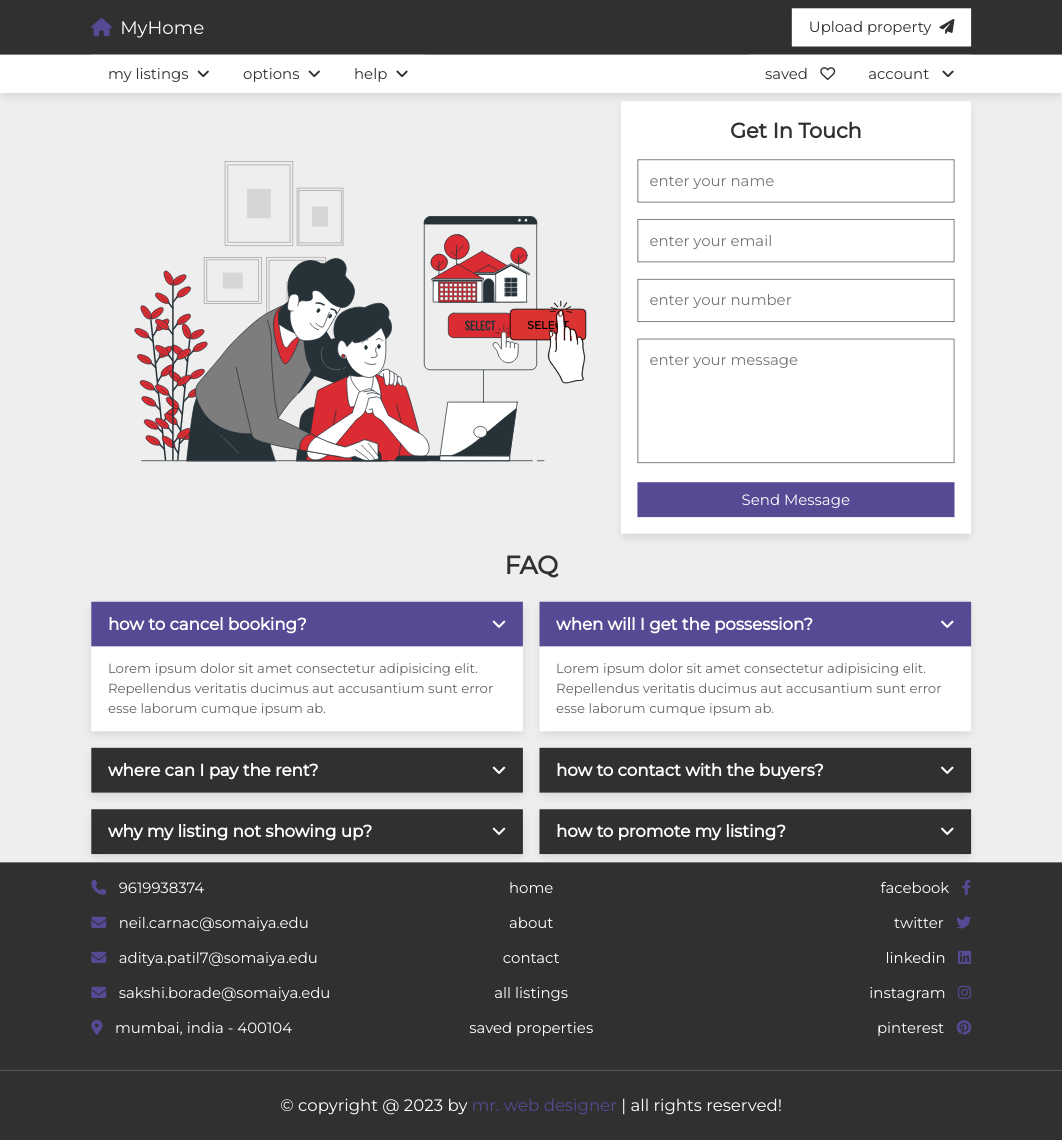
Repository: neilcarnac/wpl-project-realestatewebsite
Page: http://localhost/project/contact.php
An editor plug-in stored every save of this project. The page is shown before and after a run of saves, followed by the edit.
The browser window is 1280 px wide. The pictures show the whole page, at 83% of full size.
The pointer rests on the first visible `.finger`.
The page is run by PHP 8.4 with error messages shown; the project is at /var/www/html/.

Above is the page before, as saved 2023-04-29 17:09:58.

### project/contact.php
<?php

include 'components/connect.php';

if(isset($_COOKIE['user_id'])){
   $user_id = $_COOKIE['user_id'];
}else{
   $user_id = '';
}

if(isset($_POST['send'])){

   $msg_id = create_unique_id();
   $name = $_POST['name'];
   $name = filter_var($name, FILTER_SANITIZE_STRING);
   $email = $_POST['email'];
   $email = filter_var($email, FILTER_SANITIZE_STRING);
   $number = $_POST['number'];
   $number = filter_var($number, FILTER_SANITIZE_STRING);
   $message = $_POST['message'];
   $message = filter_var($message, FILTER_SANITIZE_STRING);

   $verify_contact = $conn->prepare("SELECT * FROM `messages` WHERE name = ? AND email = ? AND number = ? AND message = ?");
   $verify_contact->execute([$name, $email, $number, $message]);

   if($verify_contact->rowCount() > 0){
      $warning_msg[] = 'message sent already!';
   }else{
      $send_message = $conn->prepare("INSERT INTO `messages`(id, name, email, number, message) VALUES(?,?,?,?,?)");
      $send_message->execute([$msg_id, $name, $email, $number, $message]);
      $success_msg[] = 'message send successfully!';
   }

}

?>

<!DOCTYPE html>
<html lang="en">
<head>
   <meta charset="UTF-8">
   <meta http-equiv="X-UA-Compatible" content="IE=edge">
   <meta name="viewport" content="width=device-width, initial-scale=1.0">
   <title>Contact Us</title>

   <!-- font awesome cdn link  -->
   <link rel="stylesheet" href="https://cdnjs.cloudflare.com/ajax/libs/font-awesome/6.2.0/css/all.min.css">

   <!-- custom css file link  -->
   <link rel="stylesheet" href="css/style.css">

</head>
<body>

<?php include 'components/user_header.php'; ?>

<div>
<!-- contact section starts  -->
<style>
		button {
			background-color: #da3332;
			color: black;
			padding: 10px 20px;
			border: none;
			border-radius: 5px;
			font-size: 1.3rem;
         /* margin-top: 500px; */
         margin-left: 660px;
         font-weight: bold;
         border: 1.5px solid black;
         position: absolute;
         margin-top: 260px;
         /* font-family: Montserrat; Change the font */
         transition: background-color 0.3s, color 0.3s;
         transform: translateX(-50%); /* Adjust for half of the button's width */


		}
      button:hover{
         cursor: pointer;
         background-color: black;
			color: #da3332;
      }
      .selele{

         position: absolute; /* Add relative positioning to the container */
			height: 1000px;
      }
      .finger{
         position: absolute; /* Add relative positioning to the container */
         height:100px ;
         width:45px ;
         margin-top: 250px;
         margin-left: 660px;
         z-index: 2;
      }
      .finger:hover{
         background-color:
      }
	</style>
   <div class="selele">
      <img src="images/fingerwhite.png" class="finger" alt="">
      <button><b>SELECT</b></button>
   </div>
<section class="contact">
   <div class="row">
      <div class="image">
         <img src="images/contact-img.svg" alt="">
      </div>
      <form action="" method="post">
         <h3>get in touch</h3>
         <input type="text" name="name" required maxlength="50" placeholder="enter your name" class="box">
         <input type="email" name="email" required maxlength="50" placeholder="enter your email" class="box">
         <input type="number" name="number" required maxlength="10" max="9999999999" min="0" placeholder="enter your number" class="box">
         <textarea name="message" placeholder="enter your message" required maxlength="1000" cols="30" rows="10" class="box"></textarea>
         <input type="submit" value="send message" name="send" class="btn">
      </form>
   </div>

</section>

<!-- contact section ends -->

<!-- faq section starts  -->

<section class="faq" id="faq">

   <h1 class="heading">FAQ</h1>

   <div class="box-container">

      <div class="box active">
         <h3><span>how to cancel booking?</span><i class="fas fa-angle-down"></i></h3>
         <p>Lorem ipsum dolor sit amet consectetur adipisicing elit. Repellendus veritatis ducimus aut accusantium sunt error esse laborum cumque ipsum ab.</p>
      </div>

      <div class="box active">
         <h3><span>when will I get the possession?</span><i class="fas fa-angle-down"></i></h3>
         <p>Lorem ipsum dolor sit amet consectetur adipisicing elit. Repellendus veritatis ducimus aut accusantium sunt error esse laborum cumque ipsum ab.</p>
      </div>

      <div class="box">
         <h3><span>where can I pay the rent?</span><i class="fas fa-angle-down"></i></h3>
         <p>Lorem ipsum dolor sit amet consectetur adipisicing elit. Repellendus veritatis ducimus aut accusantium sunt error esse laborum cumque ipsum ab.</p>
      </div>

      <div class="box">
         <h3><span>how to contact with the buyers?</span><i class="fas fa-angle-down"></i></h3>
         <p>Lorem ipsum dolor sit amet consectetur adipisicing elit. Repellendus veritatis ducimus aut accusantium sunt error esse laborum cumque ipsum ab.</p>
      </div>

      <div class="box">
         <h3><span>why my listing not showing up?</span><i class="fas fa-angle-down"></i></h3>
         <p>Lorem ipsum dolor sit amet consectetur adipisicing elit. Repellendus veritatis ducimus aut accusantium sunt error esse laborum cumque ipsum ab.</p>
      </div>

      <div class="box">
         <h3><span>how to promote my listing?</span><i class="fas fa-angle-down"></i></h3>
         <p>Lorem ipsum dolor sit amet consectetur adipisicing elit. Repellendus veritatis ducimus aut accusantium sunt error esse laborum cumque ipsum ab.</p>
      </div>

   </div>

</section>

<!-- faq section ends -->










<script src="https://cdnjs.cloudflare.com/ajax/libs/sweetalert/2.1.2/sweetalert.min.js"></script>

<?php include 'components/footer.php'; ?>

<!-- custom js file link  -->
<script src="js/script.js"></script>

<?php include 'components/message.php'; ?>
</div>
</body>
</html>

### project/components/connect.php
<?php

   $db_name = 'mysql:host=localhost;dbname=home_db';
   $db_user_name = 'root';
   $db_user_pass = '';

   $conn = new PDO($db_name, $db_user_name, $db_user_pass);

   function create_unique_id(){
      $characters = '0123456789abcdefghijklmnopqrstuvwxyzABCDEFGHIJKLMNOPQRSTUVWXYZ';
      $charactersLength = strlen($characters);
      $randomString = '';
      for ($i = 0; $i < 20; $i++) {
          $randomString .= $characters[mt_rand(0, $charactersLength - 1)];
      }
      return $randomString;
  }

?>

### project/components/user_header.php
<!-- header section starts  -->

<header class="header">

   <nav class="navbar nav-1">
      <section class="flex">
         <a href="home.php" class="logo"><i class="fas fa-house"></i>MyHome</a>

         <ul>
            <li class="upload"><a href="post_property.php">Upload property<i class="fas fa-paper-plane"></i></a></li>
         </ul>
      </section>
   </nav>

   <nav class="navbar nav-2">
      <section class="flex">
         <div id="menu-btn" class="fas fa-bars"></div>

         <div class="menu">
            <ul>
               <li><a href="#">my listings<i class="fas fa-angle-down"></i></a>
                  <ul>
                     <li><a href="dashboard.php">dashboard</a></li>
                     <li><a href="post_property.php">post property</a></li>
                     <li><a href="my_listings.php">my listings</a></li>
                  </ul>
               </li>
               <li><a href="#">options<i class="fas fa-angle-down"></i></a>
                  <ul>
                     <li><a href="search.php">filter search</a></li>
                     <li><a href="listings.php">all listings</a></li>
                  </ul>
               </li>
               <li><a href="#">help<i class="fas fa-angle-down"></i></a>
                  <ul>
                     <li><a href="about.php">about us</a></i></li>
                     <li><a href="contact.php">contact us</a></i></li>
                     <li><a href="contact.php#faq">FAQ</a></i></li>
                  </ul>
               </li>
            </ul>
         </div>

         <ul>
            <li><a href="saved.php">saved <i class="far fa-heart"></i></a></li>
            <li><a href="#">account <i class="fas fa-angle-down"></i></a>
               <ul>
                  <li><a href="login.php">login now</a></li>
                  <li><a href="register.php">register new</a></li>
                  <?php if($user_id != ''){ ?>
                  <li><a href="update.php">update profile</a></li>
                  <li><a href="components/user_logout.php" onclick="return confirm('logout from this website?');">logout</a>
                  <?php } ?></li>
               </ul>
            </li>
         </ul>
      </section>
   </nav>

</header>

<!-- header section ends -->

### project/components/footer.php
<!-- footer section starts  -->

<footer class="footer">

   <section class="flex">

      <div class="box">
         <a href="tel:9619938374"><i class="fas fa-phone"></i><span>9619938374</span></a>
         <a href="mailto:neil.carnac@somaiya.edu"><i class="fas fa-envelope"></i><span>neil.carnac@somaiya.edu</span></a>
         <a href="mailto:aditya.patil7@somaiya.edu"><i class="fas fa-envelope"></i><span>aditya.patil7@somaiya.edu</span></a>
         <a href="mailto:sakshi.borade@somaiya.edu"><i class="fas fa-envelope"></i><span>sakshi.borade@somaiya.edu</span></a>
         <a href="#"><i class="fas fa-map-marker-alt"></i><span>mumbai, india - 400104</span></a>
      </div>

      <div class="box">
         <a href="home.php"><span>home</span></a>
         <a href="about.php"><span>about</span></a>
         <a href="contact.php"><span>contact</span></a>
         <a href="listings.php"><span>all listings</span></a>
         <a href="saved.php"><span>saved properties</span></a>
      </div>

      <div class="box">
         <a href="#"><span>facebook</span><i class="fab fa-facebook-f"></i></a>
         <a href="#"><span>twitter</span><i class="fab fa-twitter"></i></a>
         <a href="#"><span>linkedin</span><i class="fab fa-linkedin"></i></a>
         <a href="#"><span>instagram</span><i class="fab fa-instagram"></i></a>
         <a href="#"><span>pinterest</span><i class="fab fa-pinterest"></i></a>

      </div>

   </section>

   <div class="credit">&copy; copyright @ <?= date('Y'); ?> by <span>mr. web designer</span> | all rights reserved!</div>

</footer>

<!-- footer section ends -->

Loaded but not shown: project/components/message.php (common file); project/images/contact-img.svg (1 lines, source omitted); project/js/script.js (21 lines, source omitted); project/css/style.css (1372 lines, source omitted)

After the next 3 saves:
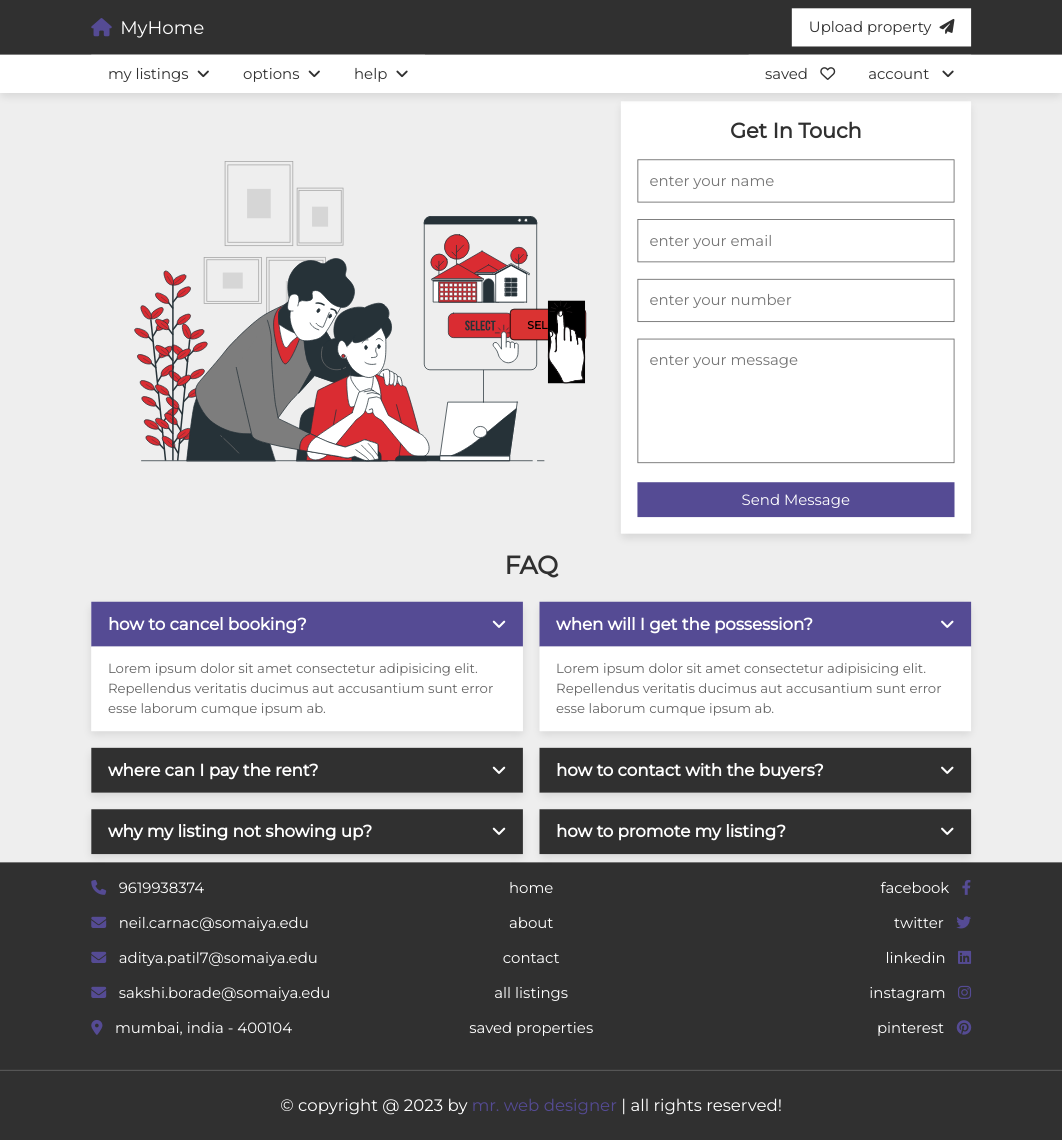
The 3 saves are shown as one change because they came seconds apart.
The last was saved 6 s later.
--- a/project/contact.php
+++ b/project/contact.php
@@ -95,7 +95,7 @@
          z-index: 2;
       }
       .finger:hover{
-         background-color:
+         background-color: black;
       }
 	</style>
    <div class="selele">

After the 4 saves that followed:
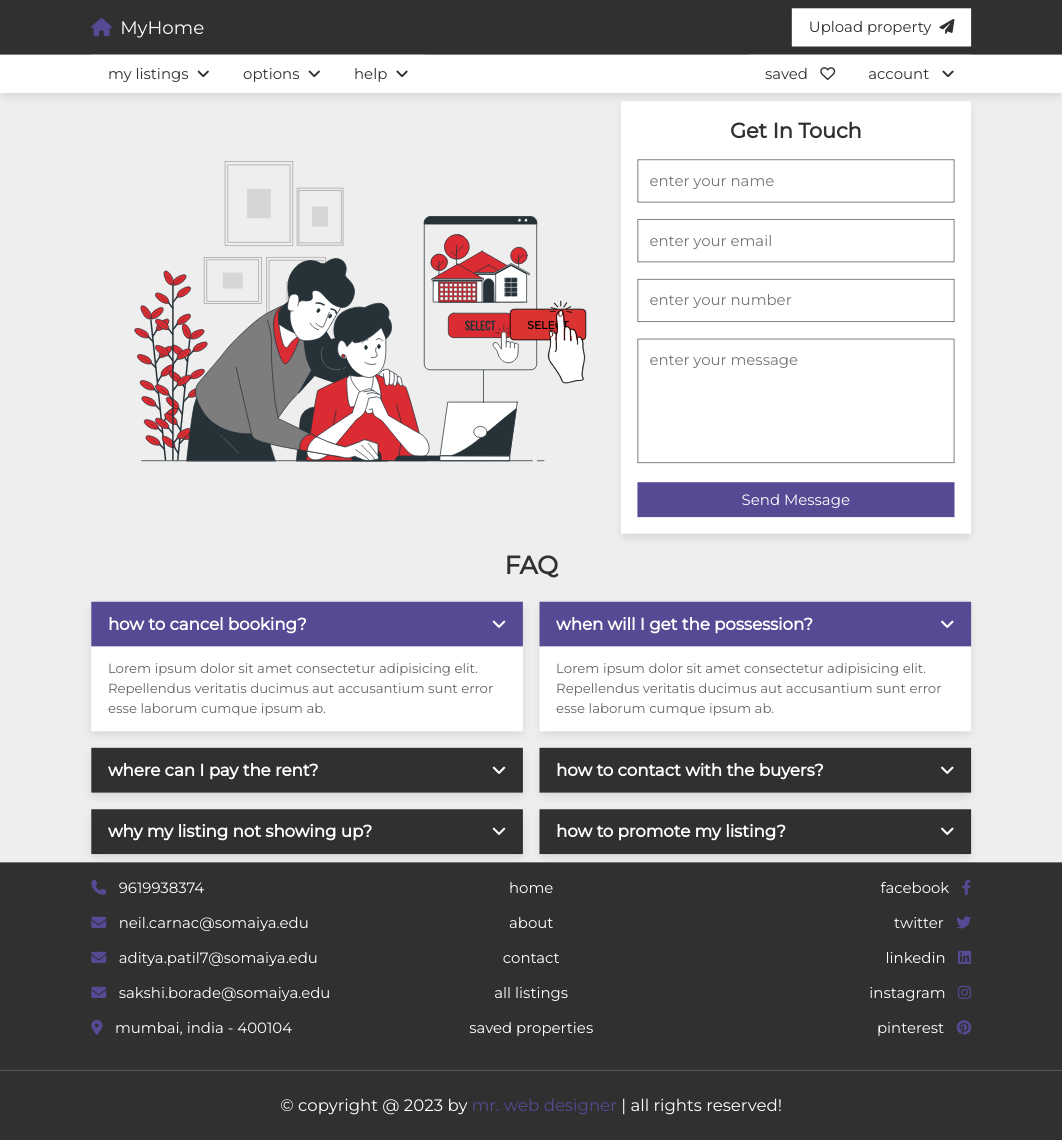
The 4 saves are shown as one change because they came seconds apart.
The last was saved 12 s later.
--- a/project/contact.php
+++ b/project/contact.php
@@ -95,7 +95,7 @@
          z-index: 2;
       }
       .finger:hover{
-         background-color: black;
+         cursor: pointer;
       }
 	</style>
    <div class="selele">
